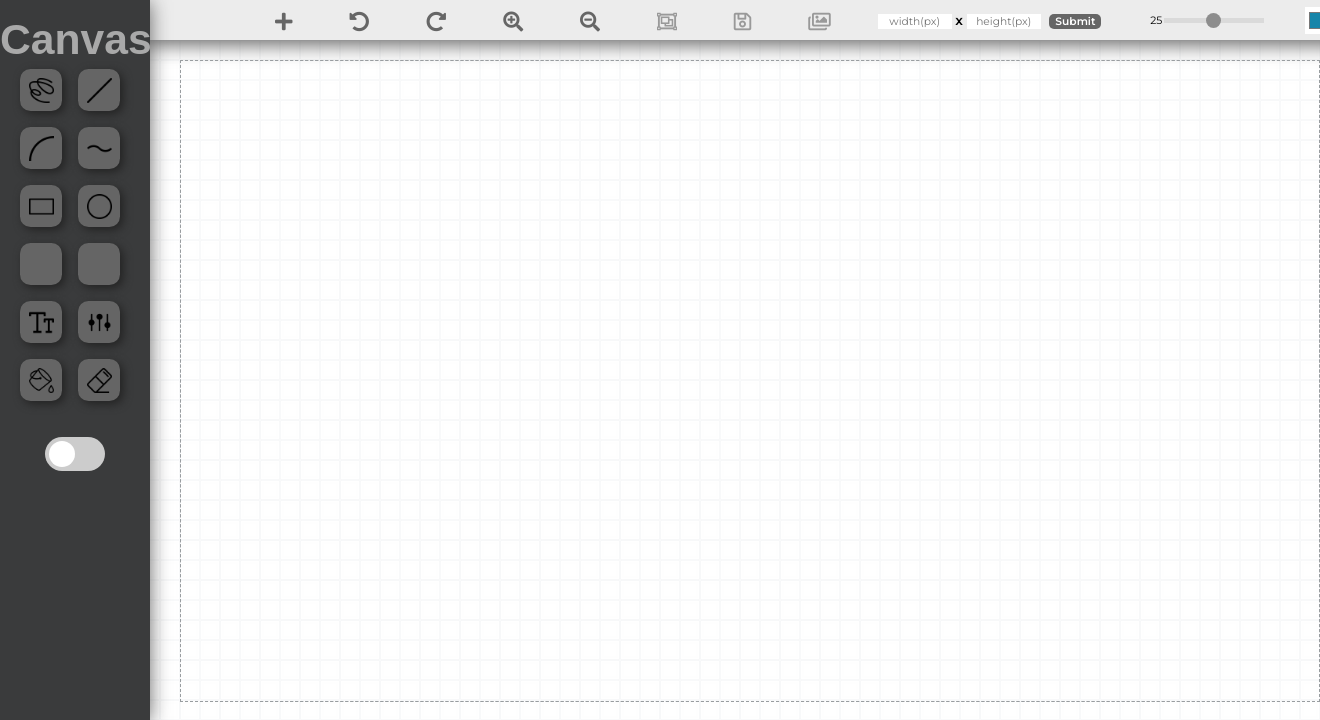
Repository: moryahng/myCanvasProject
Page: index.html
An editor plug-in stored every save of this project. The page is shown before and after the next save, followed by the edit.
The browser window is 1280 px wide. The page is 1320 px wide, so the pictures cover 1320 px, including what lies to the right of the window. The pictures show the whole page.
Some web fonts or font styles are not loaded; a fallback is used.

Above is the page before, as saved 2021-11-11 11:50:41.
Console error: SyntaxError: Unexpected token 'this'

After the next save:
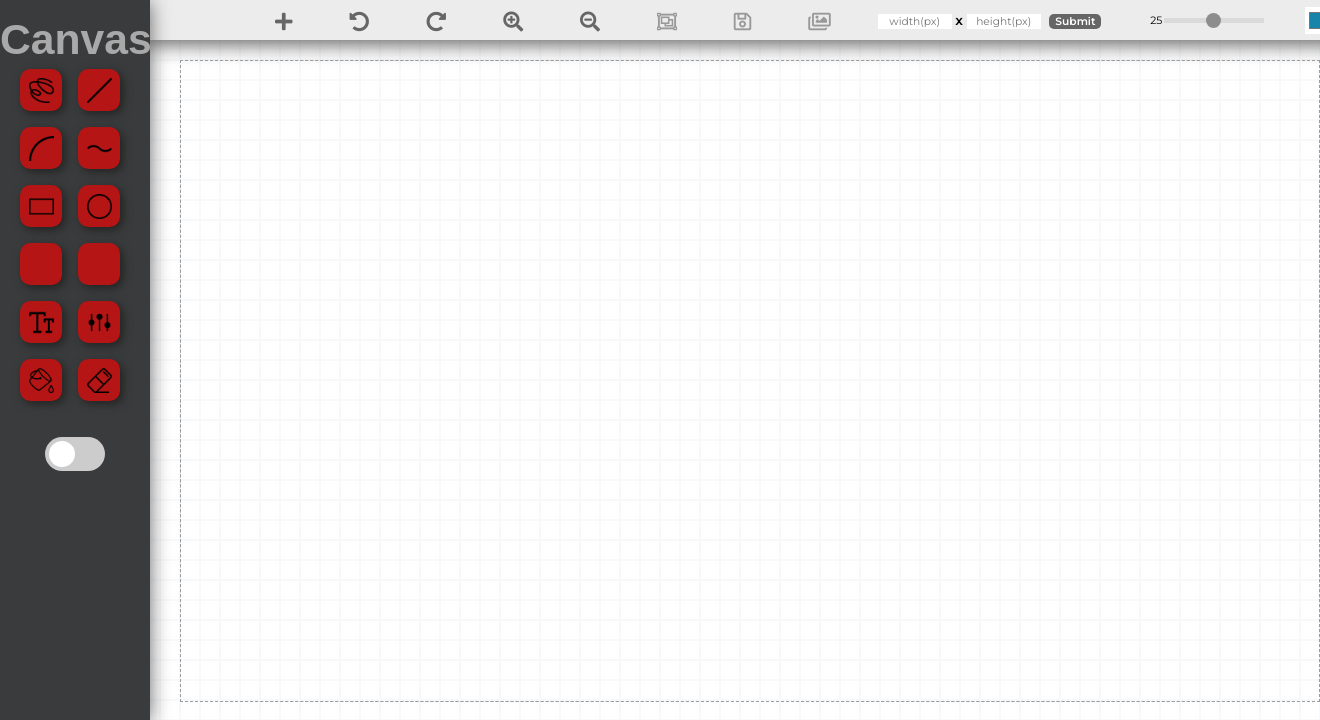
Saved 2 min 13 s later.
--- a/style.css
+++ b/style.css
@@ -228,14 +228,14 @@
 }
 
 .toolsbar-item{
-    background-color:#656565;
+    background-color:#b61515;
     border-radius: 25%;
     padding: 8.5px;
     filter: drop-shadow(3px 3px 5px rgb(34, 34, 34));
 }
 
 .toolsbar-item-style{
-    color: #666;
+    color: rgb(184, 10, 10);
     font-size: 22px;
 }
 

After the 2 saves that followed:
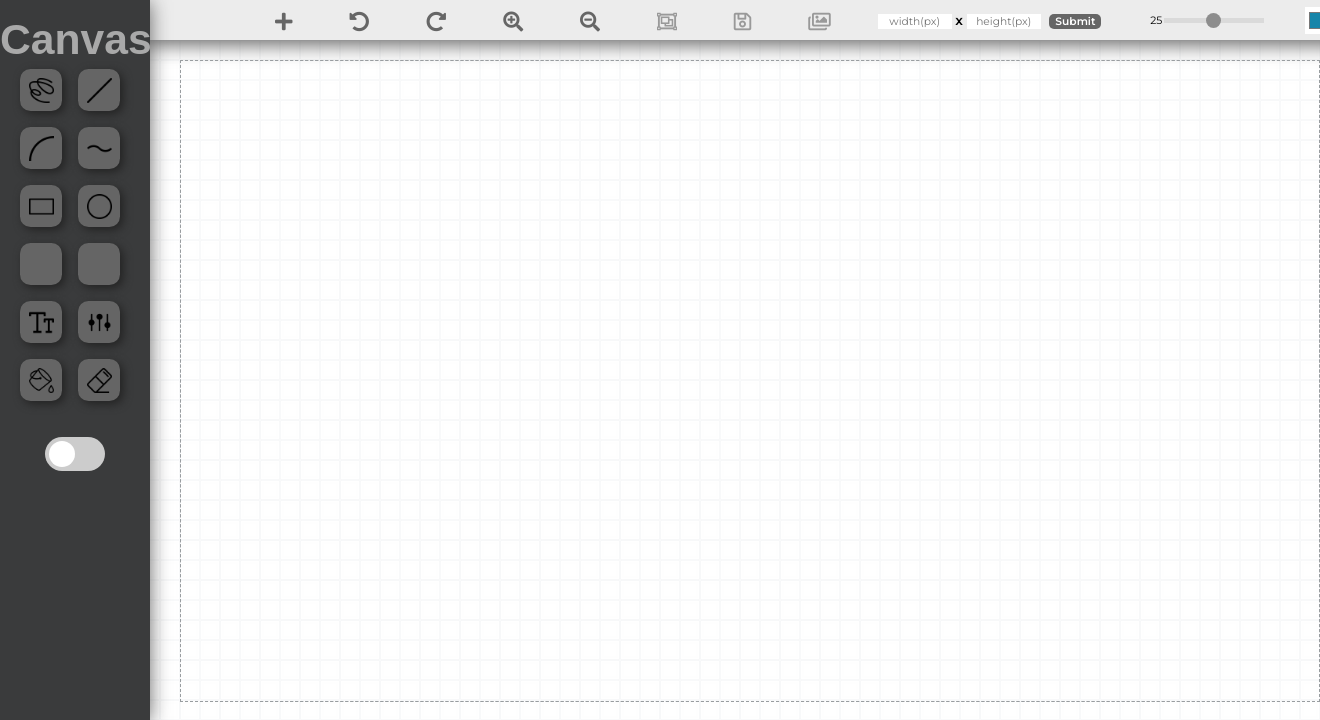
The 2 saves are shown as one change because 1 left the picture as it was.
The last was saved 26 s later.
--- a/style.css
+++ b/style.css
@@ -228,14 +228,14 @@
 }
 
 .toolsbar-item{
-    background-color:#b61515;
+    background-color:#656565;
     border-radius: 25%;
     padding: 8.5px;
     filter: drop-shadow(3px 3px 5px rgb(34, 34, 34));
 }
 
 .toolsbar-item-style{
-    color: rgb(184, 10, 10);
+    color: #666;
     font-size: 22px;
 }
 
